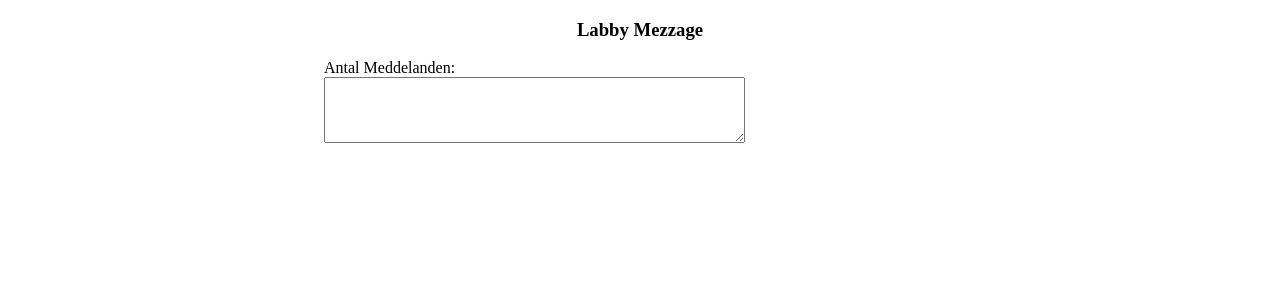
Repository: dg222dm/1dv403-laborationer
Page: 2-labbymezzage/index.html
The author's editor kept a record of every edit. The page is drawn from the files as they stood at one moment, then again after the next edit.
The browser window is 1280 px wide. The pictures show the whole page.

Above is the page before.

### 2-labbymezzage/index.html
<!DOCTYPE html>
<html>
    <head>
        <title>Labby Mezzage</title>

        <link rel="stylesheet"  href="css/stylesheet.css" media="screen" />
    </head>


    <body>


        <script src="script/Message.js"></script>
        <script src="script/MessageBoard.js"></script>
        <main>

        <h3>Labby Mezzage</h3>
        <div id="numberOfMessages">Antal Meddelanden: </div>
        <textarea id="textarea" rows="4" cols="50" ></textarea>
        <div id="messageArea"></div>


        </main>
    </body>
</html>

### 2-labbymezzage/css/stylesheet.css
main
{
    width:50%;
    display:block;
    margin-left:auto;
    margin-right:auto;
}

h3{
    text-align:center;
}

### 2-labbymezzage/script/Message.js
"use strict";

//Konstruktor
function Message(message, date){

    this.getText = function(){
        return message;
    };

    this.setText = function(_text){
        message = _text;
    };

    this.getDate = function(){
        return date;
    };

    this.setdate = function(_date){
        date = _date;
    };

}

Message.prototype.toString = function(){
    return this.getText()+" ("+this.getDate()+")";
};

Message.prototype.getHTMLText = function(){

};

Message.prototype.getDateText = function(){

};

Loaded but not shown: 2-labbymezzage/script/MessageBoard.js (no copy from this time; the picture is the same without it)

After the next edit:
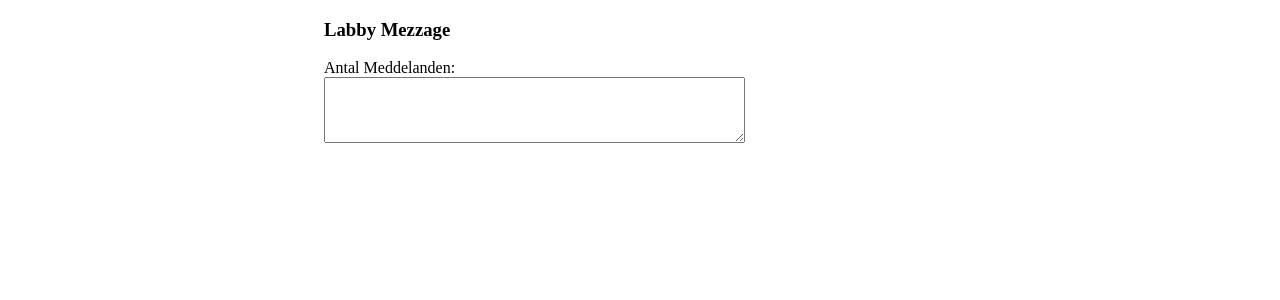
The edit:
--- a/2-labbymezzage/css/stylesheet.css
+++ b/2-labbymezzage/css/stylesheet.css
@@ -5,7 +5,3 @@
     margin-left:auto;
     margin-right:auto;
 }
-
-h3{
-    text-align:center;
-}
